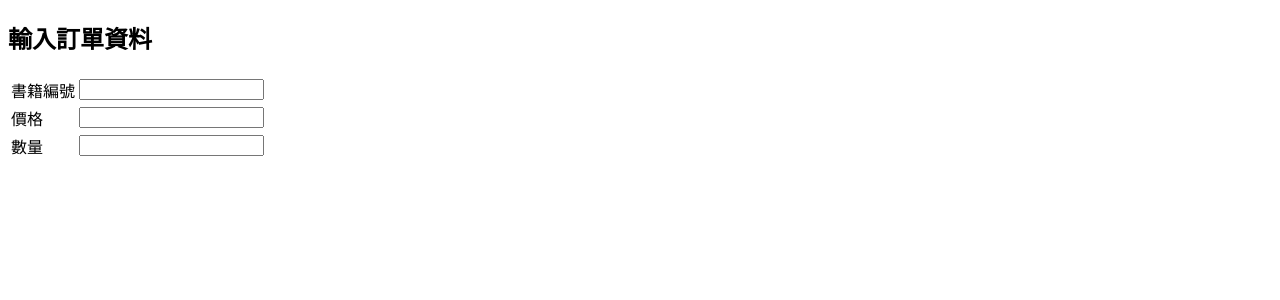
Repository: cc666801/ServletSchool
Page: JSP/src/main/webapp/m09/PostOrder.html
An editor plug-in stored every save of this project. The page is shown before and after the next save, followed by the edit.
The browser window is 1280 px wide. The pictures show the whole page.

Above is the page before, as saved 2023-03-07 08:26:51.

After the next save:
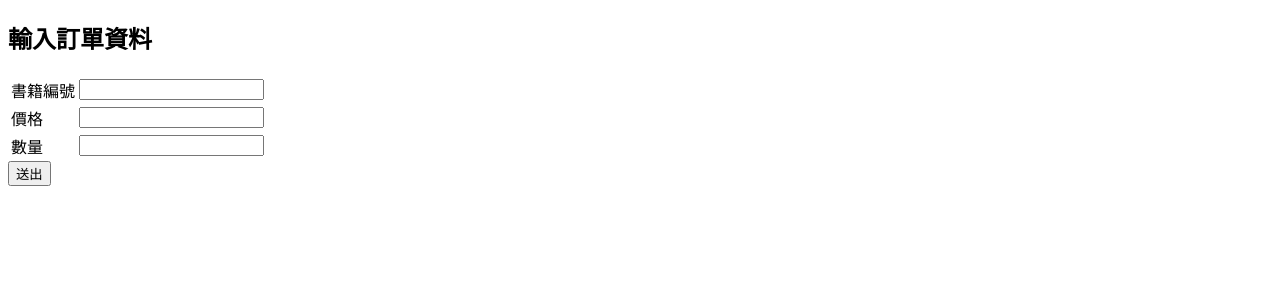
Saved 64 s later.
--- a/JSP/src/main/webapp/m09/PostOrder.html
+++ b/JSP/src/main/webapp/m09/PostOrder.html
@@ -15,10 +15,8 @@
 			<td><input type="text" name="price" /></td></tr>
 		<tr><td>數量</td>
 			<td><input type="text" name="quantity" /></td></tr>
-
-
-
 	</table>
+	<input type="submit" value="送出">
 </form>
 </body>
 </html>
